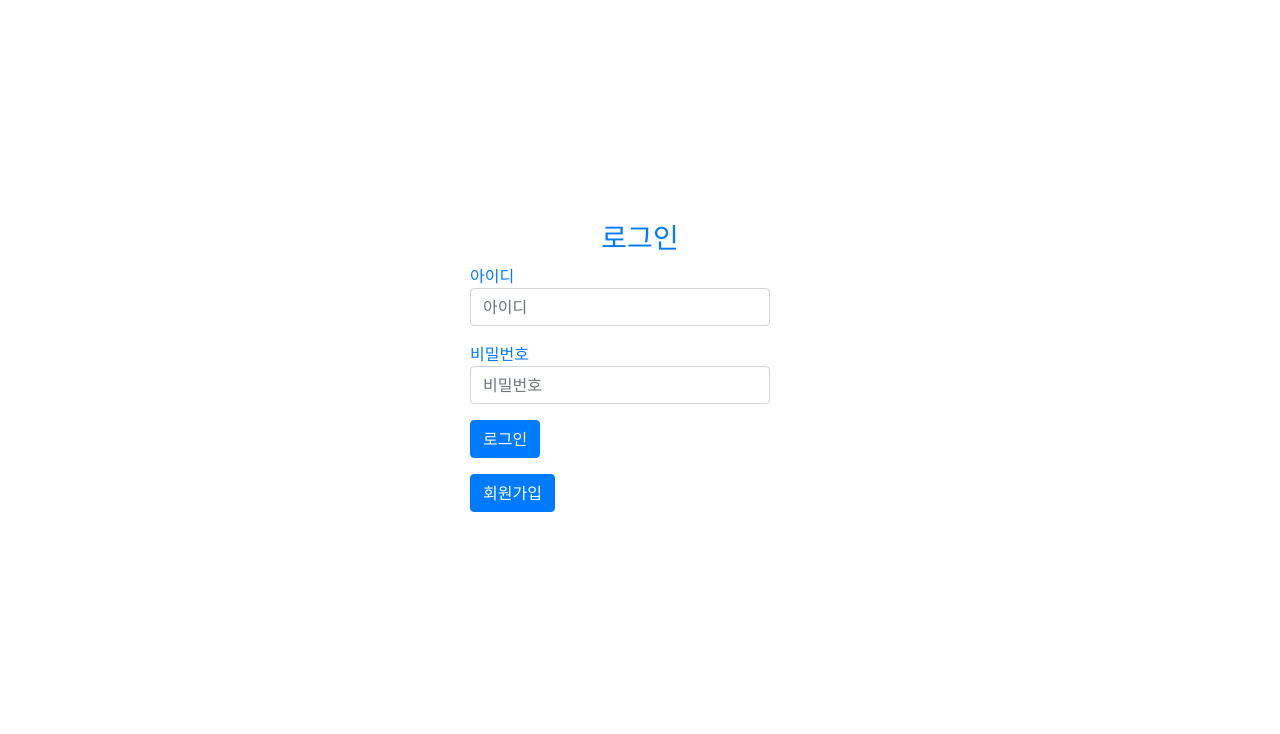
Repository: Seongjoo-Shin/webServer
Page: http://localhost/project/project/login.jsp
The author's editor kept a copy of each file at every save. The page is drawn from the files as they stood at one save, then again after the next save.
The browser window is 1280 px wide. The pictures show the whole page.
The page is served by Tomcat 9. Other server files are loaded and not shown.

Above is the page before, as saved 2021-06-14 05:24:09.

### 20165514_신성주_웹서버구축_프로젝트_소스코드/project/WebContent/project/login.jsp
<%@ page language="java" contentType="text/html; charset=utf-8"
    pageEncoding="utf-8"%>
<!DOCTYPE html>
<html>
<head>
<meta charset="utf-8">
<title>로그인</title>
<link rel="stylesheet" href="https://stackpath.bootstrapcdn.com/bootstrap/4.3.1/css/bootstrap.min.css" integrity="sha384-ggOyR0iXCbMQv3Xipma34MD+dH/1fQ784/j6cY/iJTQUOhcWr7x9JvoRxT2MZw1T" crossorigin="anonymous">
</head>
<body>
	<div class="container">
		<div class="col-sm-4" style="margin:20% auto; border=solid 1;">
		<h3 class="text-center text-primary">로그인</h3>
		<form method="post" action="login_process.jsp">
			<p class="text-primary">아이디<input type="text" name="user_id" class="form-control" placeholder="아이디" style="width:300px;"></p>
			<p class="text-primary">비밀번호<input type="password" name="user_pwd" class="form-control" placeholder="비밀번호" style="width:300px;"></p>
			<p><input type="submit" class="btn btn-primary" value="로그인"></p>
			<p><a href="register.jsp" class="btn btn-primary">회원가입</a>
		</form>
		</div>
	</div>
</body>
</html>

After the next save:
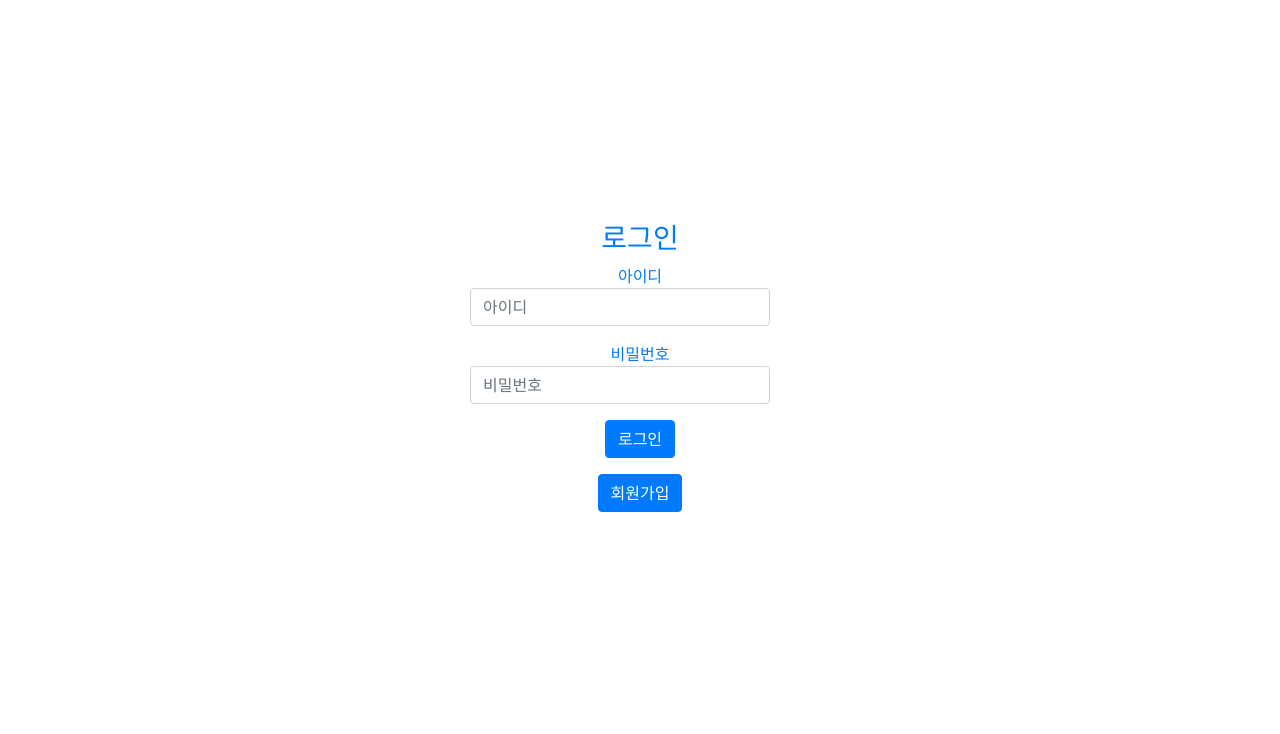
Saved 3 min 44 s later.
--- a/20165514_신성주_웹서버구축_프로젝트_소스코드/project/WebContent/project/login.jsp
+++ b/20165514_신성주_웹서버구축_프로젝트_소스코드/project/WebContent/project/login.jsp
@@ -11,7 +11,7 @@
 	<div class="container">
 		<div class="col-sm-4" style="margin:20% auto; border=solid 1;">
 		<h3 class="text-center text-primary">로그인</h3>
-		<form method="post" action="login_process.jsp">
+		<form method="post" action="login_process.jsp" class="text-center">
 			<p class="text-primary">아이디<input type="text" name="user_id" class="form-control" placeholder="아이디" style="width:300px;"></p>
 			<p class="text-primary">비밀번호<input type="password" name="user_pwd" class="form-control" placeholder="비밀번호" style="width:300px;"></p>
 			<p><input type="submit" class="btn btn-primary" value="로그인"></p>

After the save that followed:
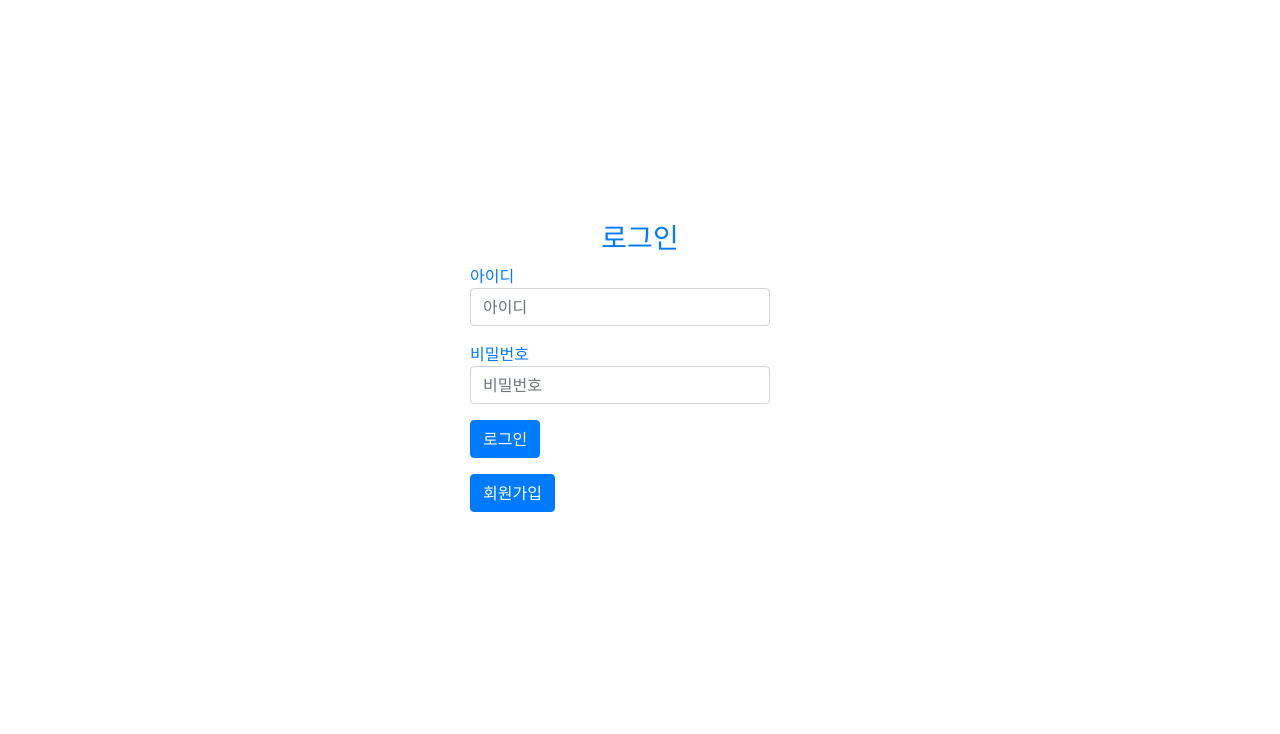
Saved 12 s later.
--- a/20165514_신성주_웹서버구축_프로젝트_소스코드/project/WebContent/project/login.jsp
+++ b/20165514_신성주_웹서버구축_프로젝트_소스코드/project/WebContent/project/login.jsp
@@ -11,7 +11,7 @@
 	<div class="container">
 		<div class="col-sm-4" style="margin:20% auto; border=solid 1;">
 		<h3 class="text-center text-primary">로그인</h3>
-		<form method="post" action="login_process.jsp" class="text-center">
+		<form method="post" action="login_process.jsp">
 			<p class="text-primary">아이디<input type="text" name="user_id" class="form-control" placeholder="아이디" style="width:300px;"></p>
 			<p class="text-primary">비밀번호<input type="password" name="user_pwd" class="form-control" placeholder="비밀번호" style="width:300px;"></p>
 			<p><input type="submit" class="btn btn-primary" value="로그인"></p>
